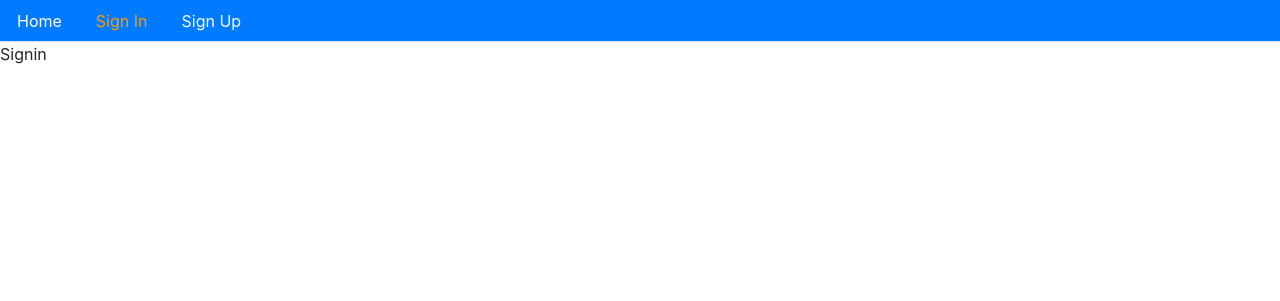
Repository: pragnyatata/Ecommerce
Page: /signin (app in ecommerce-front/)
These files come from the project's save history. The page is drawn as it stood at one moment and after the next save; the edit follows.
The browser window is 1280 px wide. The pictures show the whole page.
The project was rebuilt for these pictures with package versions that can differ from the ones it lists, and the page was loaded fresh each time. Also part of the build but not shown: ecommerce-front/src/App.js, ecommerce-front/src/user/Signup.js, ecommerce-front/src/core/Home.js.

Above is the page before, as saved 2020-01-18 21:13:15.

After the next save:
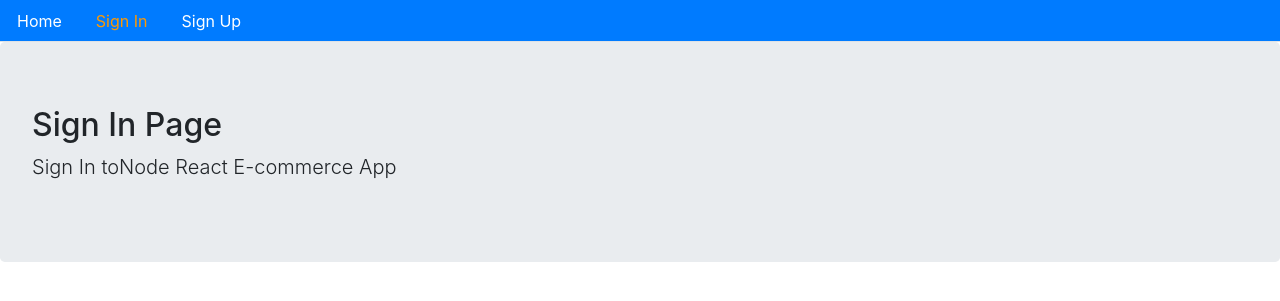
Saved 112 s later.
--- a/ecommerce-front/src/user/Signin.js
+++ b/ecommerce-front/src/user/Signin.js
@@ -1,3 +1,9 @@
 import React, { Component } from "react";
-const Signin = () => <div>Signin</div>;
+import Layout from "../core/Layout";
+const Signin = () => (
+  <Layout
+    title="Sign In Page"
+    description=" Sign In toNode React E-commerce App"
+  ></Layout>
+);
 export default Signin;
